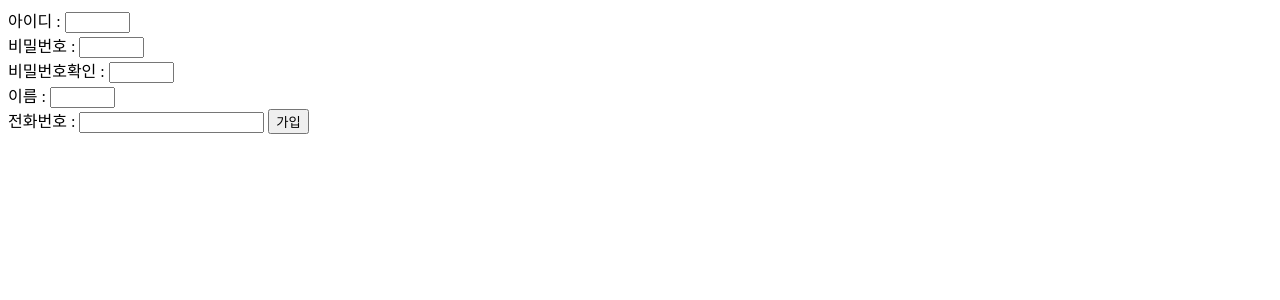
Repository: SeungMok/login_practice
Page: Login_practice/WebContent/join.html
These files come from the project's save history. The page is drawn as it stood at one moment and after the next save; the edit follows.
The browser window is 1280 px wide. The pictures show the whole page.

Above is the page before, as saved 2020-03-14 11:08:04.

After the next save:
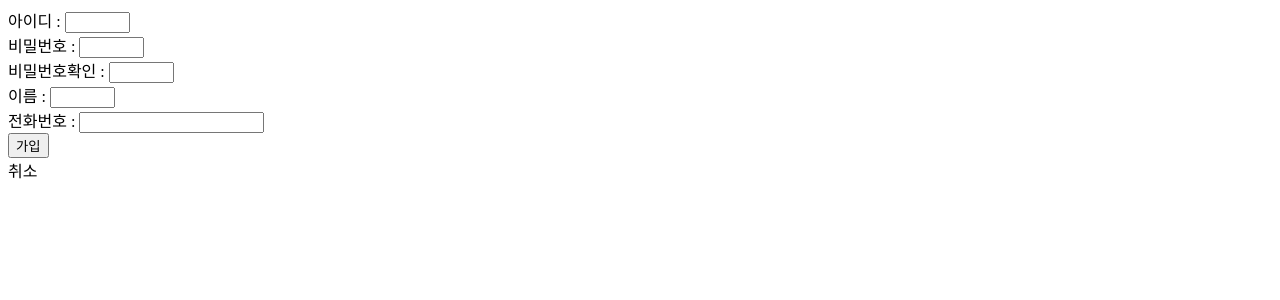
Saved 41 s later.
--- a/Login_practice/WebContent/join.html
+++ b/Login_practice/WebContent/join.html
@@ -10,8 +10,10 @@
 		비밀번호 : <input type="text" name="pw" size=5></br>
 		비밀번호확인 : <input type="text" name="pw2" size=5></br>
 		이름 : <input type="text" name="name" size=5></br>
-		전화번호 : <input type="text" name="phone" size=20>
+		전화번호 : <input type="text" name="phone" size=20></br>
 		<input type="submit" value="가입">
+
 	</form>
+	<a herf="index.html">취소</a>
 </body>
 </html>
